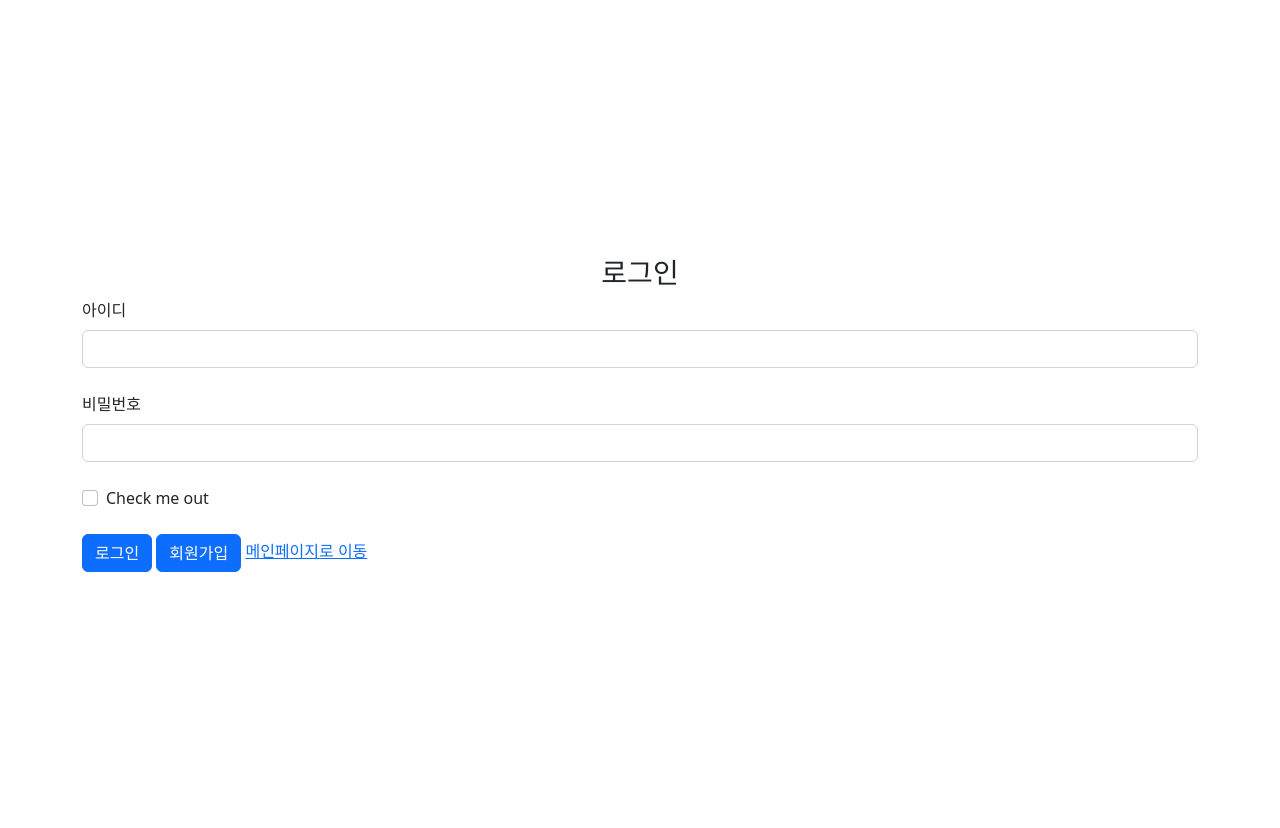
Repository: DNWissac/OJTphp
Page: http://localhost/view/signin.php
These files come from the project's save history. The page is drawn as it stood at one moment and after the next save; the edit follows.
The browser window is 1280 px wide. The pictures show the whole page.
The page is run by PHP 8.4 with error messages shown; the project is at /var/www/html/.

Above is the page before, as saved 2022-08-05 08:30:42.

After the next save:
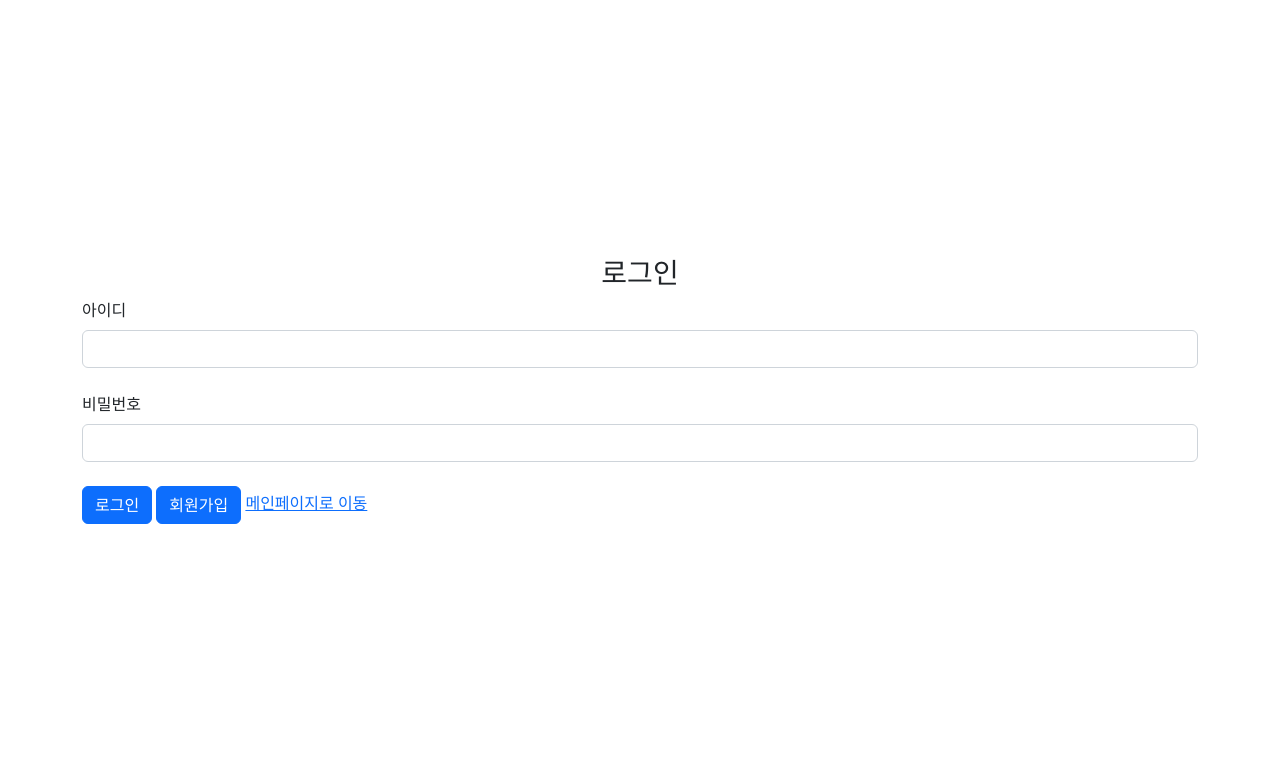
Saved 18 s later.
--- a/Board1/View/signin.php
+++ b/Board1/View/signin.php
@@ -38,10 +38,6 @@ integrity="sha384-A3rJD856KowSb7dwlZdYEkO39Gagi7vIsF0jrRAoQmDKKtQBHUuLZ9AsSv4jD4
         <label for="exampleInputPassword1" class="form-label">비밀번호</label>
         <input type="password" class="form-control" id="exampleInputPassword1">
     </div>
-    <div class="mb-4 form-check">
-        <input type="checkbox" class="form-check-input" id="exampleCheck1">
-        <label class="form-check-label" for="exampleCheck1">Check me out</label>
-    </div>
     <button type="submit" class="btn btn-primary">로그인</button>
     <button type="button" class="btn btn-primary" onclick="location.href='signup.php'">
     	회원가입
